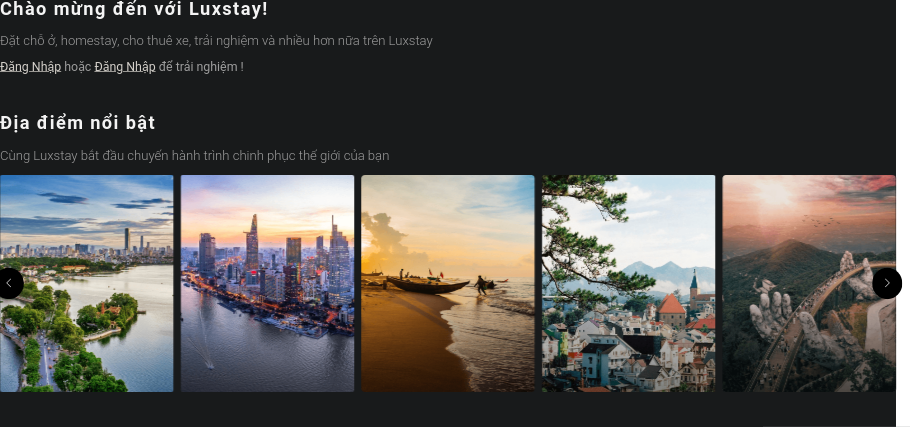
Repository: thuong22062004/Luxstay
Page: index.html
The author's editor kept a copy of each file at every save. The page is drawn from the files as they stood at one save, then again after the next save.
The browser window is 1280 px wide. The page is 1300 px wide, so the pictures cover 1300 px, including what lies to the right of the window. The pictures show the part of the page from y = 527 to 2407 px (the page is 1137 px tall before and 3307 px after), at 70% of full size.
Some web libraries are served in a nearby version.

Above is the page before, as saved 2021-11-20 23:12:30.

### index.html
<!DOCTYPE html>
<html lang="en">
<head>
    <meta charset="UTF-8">
    <meta http-equiv="X-UA-Compatible" content="IE=edge">
    <meta name="viewport" content="width=device-width, initial-scale=1.0">
    <link rel="stylesheet" href="./asset/grid.css">
    <link rel="stylesheet" href="./travel/dif.css">
    <link rel="stylesheet" href="./travel/thesame.css">
    <link
    rel="stylesheet"
    type="text/css"
    href="https://cdn.jsdelivr.net/npm/slick-carousel@1.8.1/slick/slick.css"
  />
    <link rel="stylesheet" href="./travel/icon/themify-icons-font/themify-icons/themify-icons.css">
    <title>Document</title>
</head>
<body>
    <div class="traveling">
        <header class="header">
            <div class="grid-comon">
                <div class="header__contain">
                    <div class="header__logo-search">
                        <svg version="1.1" fil ="white" viewBox="0 0 50 50" class="header__logo" style="width: 50px; height: 50px; "><path pid="0" fill="#fff" d="M25.093 0c13.781.06 24.94 11.317 24.882 25.106C49.917 38.894 38.663 50.058 24.88 50 11.1 49.942-.059 38.683.001 24.894.057 11.106 11.31-.058 25.092 0zm11.801 31.9L14.398 16.053c.241-.26.48-.518.74-.777 2.7-2.687 5.971-4.031 9.775-4.015 3.804.015 7.064 1.388 9.741 4.098.238.241.476.482.694.743l-5.951 4.133 2.381 1.688 5.153-3.576v.02L39.33 16.7c-.692-1.203-1.584-2.325-2.616-3.39-3.231-3.292-7.167-4.947-11.788-4.967-4.6-.019-8.53 1.603-11.809 4.867a17.806 17.806 0 00-2.682 3.408l1.429 1.004 23.429 16.51c-.24.26-.48.518-.74.777-2.7 2.687-5.971 4.011-9.775 3.996-3.803-.016-7.063-1.37-9.74-4.08-.258-.26-.496-.521-.734-.782l6.111-4.251-.139-.181-2.183-1.528-5.373 3.735v-.021l-2.377 1.65a17.824 17.824 0 002.654 3.43c3.253 3.291 7.169 4.946 11.769 4.965 4.62.021 8.549-1.602 11.83-4.866 1.06-1.075 1.96-2.21 2.682-3.406l-2.383-1.67z">
                      </path>
                    </svg>
                    <div class="header_search">
                        <div class="header__search-cotainer-input">
                        <input type="search" name="HI"  class="header__input-seacrch" placeholder="Tìm kiếm">
                            <div class="history__search">
                                <h3 class="hitory__search--heading">History</h3>
                                <ul class="history__search-list">
                                    <li class="history__search-item">
                                        <a href="" class="history__search-link">Dubai</a>
                                    </li>
                                    <li class="history__search-item">
                                        <a href="" class="history__search-link">Dubai</a>
                                    </li>
                                    <li class="history__search-item">
                                        <a href="" class="history__search-link">Dubai</a>
                                    </li>
                                    <li class="history__search-item">
                                        <a href="" class="history__search-link">Dubai</a>
                                    </li>
                                </ul>
                            </div>
                        </div>
                        <div class="header__day-guest">
                            <div class="hedaer__lich">
                                <span class="header_theday"><i class="header_theday-icon ti-calendar"></i>
                                    Ngày
                                </span>
                            </div>
                            <div class="header__guest-number">
                                <span class="header_theday"><i class=" header_theday-icon ti-user"></i>
                                    Số khách
                                </span>
                            </div>
                            <div class="header_search-icons">
                                <button class="btn btn-comon ">
                                <i class=" header_search-icon-search ti-search"></i>
                                </button>
                            </div>
                        </div>
                    </div>
                    </div>
                    <div class="header__nav">
                           <ul class="header__menu">
                               <li class="header__menu-item">
                                   <a href="" class="header__menu-link">Guide</a>
                                </li>
                                <li class="header__menu-item">
                                    <a href="" class="header__menu-link">Host</a>
                                 </li>
                                 <li class="header__menu-item">
                                    <a href="./travel/singup.html" class="header__menu-link">Đăng kí </a>
                                 </li>
                                 <li class="header__menu-item">
                                    <a href="./travel/login.html" class="header__menu-link">Đăng nhập</a>
                                 </li>
                                 <li class="header__menu-item  ">
                                     <input type="checkbox"  hidden name="" class="language__appear" id="languge__click-check">
                                     <label for = "languge__click-check" class="header__menu-item-img">
                                        <img class="header__menu-icon-img" src="https://www.luxstay.com/icons/vi.svg"/>
                                    <p href="" class="header__menu-link">VND <i class="ti-arrow-circle-down"></i></p>
                                    </label>
                                     <div class="header__language-container">
                                         <div class="header__language">
                                             <ul class="header__language-list">
                                                 <li class="header__languge-items">
                                                     <div class="language__item-use language__item-use-active">
                                                          <img class="header__language-img" src="https://www.luxstay.com/icons/vi.svg"/>
                                                            <a class="language__item-title">Tiếng Việt <i class="ti-check language__item-active"></i></a>
                                                     </div>
                                                 </li>
                                                 <li class="header__languge-items">
                                                    <div class="language__item-use ">
                                                         <img class="header__language-img" src="https://www.luxstay.com/icons/en.svg"/>
                                                           <a class="language__item-title">English<i class="ti-check language__item-active"></i></a>
                                                    </div>
                                                </li>
                                                <li class="header__laneguge-items">
                                                    <div class="language__item-use ">
                                                         <img class="header__language-img" src="https://www.luxstay.com/icons/ko.svg"/>
                                                           <a class="language__item-title">Korean<i class="ti-check language__item-active"></i></a>
                                                    </div>
                                                </li>
                                             </ul>
                                             <ul class="header__language-list">
                                                <li class="header__languge-items">
                                                    <div class="crash__item-use language__item-use-active ">
                                                           <span class="languge__item-symboi">VND</span>
                                                           <a class="language__item-title">Việt Nam Đồng<i class="ti-check language__item-active"></i></a>
                                                    </div>
                                                </li>
                                                <li class="header__languge-items">
                                                   <div class="crash__item-use ">
                                                    <span class="languge__item-symboi">USD</span>
                                                          <a class="language__item-title">United States Dollar<i class="ti-check language__item-active"></i></a>
                                                   </div>
                                               </li>
                                            </ul>
                                         </div>
                                     </div>
                                 </li>
                           </ul>
                    </div>
                </div>
            </div>
        </header>
        <div class="container">
            <div class="grid-comon">
            <div class="contain-slider">
                <div class="slider">
                    <i class="ti-angle-left slider__back "></i>
                    <i class="ti-angle-right slider__next "></i>
                    <ul class="list__dots">
                        <li class="item-dot active" data-index ="0"></li>
                        <li class="item-dot" data-index ="1"></li>
                        <li class="item-dot" data-index ="2"></li>
                        <li class="item-dot" data-index ="3"></li>
                        <li class="item-dot" data-index ="4"></li>
                    </ul>
                    <div class="contain-img">
                         <div class="list-img">
                         <div class="img-item">
                             <img src="./img/anh1.png" class= "img-child"  alt="" sizes="" srcset="">
                         </div>
                         <div class="img-item">
                             <img src='./img/anh2.png' class= "img-child" alt="" sizes="" srcset="">
                         </div>
                         <div class="img-item">
                             <img src="./img/anh1.png"class= "img-child" alt="" sizes="" srcset="">
                         </div>
                         <div class="img-item">
                             <img src="./img/anh2.png"class= "img-child"  alt="" sizes="" srcset="">
                         </div>
                         <div class="img-item">
                             <img src="./img/anh1.png"  class= "img-child" alt="" sizes="" srcset="">
                         </div>
                         </div>
                    </div>
                </div>
            </div>
            <div class="contain__fullofText grid">
                <h3 class="text-mutual">Chào mừng đến với Luxstay!</h3>
                <p class="text__chil-common">Đặt chỗ ở, homestay, cho thuê xe, trải nghiệm và nhiều hơn nữa trên Luxstay</p>
                <span class="text-log"><a href="" class="text__link-log">Đăng Nhập</a>
                    hoặc
                    <a href="" class="text__link-log">Đăng Nhập</a>
                    để trải nghiệm !
                </span>
            </div>
            <div class="contain__fullofText grid">
                <h3 class="text-mutual">Địa điểm nổi bật</h3>
                <p class="text__chil-common">Cùng Luxstay bắt đầu chuyến hành trình chinh phục thế giới của bạn</p>
            </div>
            <div class="slide-location grid ">
                <div class="row slider__slick-site">
                    <div class="col l-2 m-6 c-12">
                        <div class="img__local-list">
                                <img src="./img/ảnh HA NOI.png" alt="" class="img__local-item">
                                <div class="text__site-number">
                              <div class="contain__location-control">
                                <h5 class="text-site">Hà Nội</h5>
                               <p class="text-numofguest">2657 Chỗ ở</p>
                              </div>
                        </div>
                    </div>
                </div>
                <div class="col l-2 m-6 c-12">
                    <div class="img__local-list">
                            <img src="./img/tphcm.png" alt="" class="img__local-item">
                            <div class="text__site-number">
                          <div class="contain__location-control">
                            <h5 class="text-site">TP.Hồ Chí Minh</h5>
                           <p class="text-numofguest">2242 Chỗ ở</p>
                          </div>
                    </div>
                </div>
            </div>
            <div class="col l-2 m-6 c-12">
                <div class="img__local-list">
                        <img src="./img/vungtau.png" alt="" class="img__local-item">
                        <div class="text__site-number">
                      <div class="contain__location-control">
                        <h5 class="text-site">Vũng Tàu</h5>
                       <p class="text-numofguest">549 Chỗ ở</p>
                      </div>
                </div>
            </div>
        </div>
        <div class="col l-2 m-6 c-12">
            <div class="img__local-list">
                    <img src="./img/dalat.png" alt="" class="img__local-item">
                    <div class="text__site-number">
                  <div class="contain__location-control">
                    <h5 class="text-site">Đà Lạt </h5>
                   <p class="text-numofguest">1488 Chỗ ở</p>
                  </div>
            </div>
        </div>
    </div>
    <div class="col l-2 m-6 c-12">
        <div class="img__local-list">
                <img src="./img/danang.png" alt="" class="img__local-item">
                <div class="text__site-number">
              <div class="contain__location-control">
                <h5 class="text-site">Đà nẵng</h5>
               <p class="text-numofguest">897 Chỗ ở</p>
              </div>
        </div>
    </div>
</div>
<div class="col l-2 m-6 c-12">
    <div class="img__local-list">
            <img src="./img/nhatrang.png" alt="" class="img__local-item">
            <div class="text__site-number">
          <div class="contain__location-control">
            <h5 class="text-site">Nha trang</h5>
           <p class="text-numofguest">635 Chỗ ở</p>
          </div>
    </div>
</div>
</div>
<div class="col l-2 m-6 c-12">
    <div class="img__local-list">
            <img src="./img/quangninh.png" alt="" class="img__local-item">
            <div class="text__site-number">
          <div class="contain__location-control">
            <h5 class="text-site">Quảng Ninh</h5>
           <p class="text-numofguest">218 Chỗ ở</p>
          </div>
    </div>
</div>
</div>
<div class="col l-2 m-6 c-12">
    <div class="img__local-list">
            <img src="./img/hoian.png" alt="" class="img__local-item">
            <div class="text__site-number">
          <div class="contain__location-control">
            <h5 class="text-site">Hội an</h5>
           <p class="text-numofguest">323 Chỗ ở</p>
          </div>
    </div>
</div>
</div>
            </div>
        </div>
        </div>
        <div class="footer"></div>
    </div>
    <script
      type="text/javascript"
      src="https://code.jquery.com/jquery-1.11.0.min.js"
    ></script>
    <script
      type="text/javascript"
      src="https://code.jquery.com/jquery-migrate-1.2.1.min.js"
    ></script>
    <script
      type="text/javascript"
      src="https://cdn.jsdelivr.net/npm/slick-carousel@1.8.1/slick/slick.min.js"
    ></script>
    <script src="index.js"></script>
    <script src="./slickslider/slickone.js"></script>
</body>
</html>

### travel/thesame.css
:root{
    --background-comon:#131516;
    --text-color : #d3cfc9;
    --text-hover :rgba(23, 241, 241, 0.7) ;
    --text-child :#131516;
    --text-title :#f3f3f3;
    --text-white :white;
    --outstanding-color:#181a1b;
    --text-pink:#ee0979;
    --text-small:#9d9d9d;
}
*{
    box-sizing: inherit;
    margin: 0;
    padding: 0;
}
html{
    font-size: 65%;
    line-height: 1.6rem;
    box-sizing: border-box;
    font-family: 'Roboto', sans-serif;
}
/*resposive*/
.grid {
    width: 1300px;
    max-width: 100%;
    margin: 0 auto;
}
.grid-comon{
    width:1500px;
    max-width: 100%;
    margin:0 auto;
}
.grid__row {
    display: flex;
    flex-wrap: wrap;
    margin-left: -9px; /*quy tắc 12column grid*/
    margin-right: -9px; /*quy tắc 12column grid*/
}
.grid__column-5{
    padding-left: 9px;
    padding-right: 9px;
    width: 20%;
}
/*nút*/
.btn{
    min-height: 30px;
    line-height: 30px;
    min-width: 56px;
    border: none;
    outline: none;
    border-radius: 5px;
    display: flex;
    align-items: center;
    justify-content: center;
    cursor: pointer;
    text-align: center;
}
.btn.btn-comon{
    background: #555555;
    min-height: 41px;
}
.btncircle{
    border-radius: 40px;
    border: 1px  solid #373c3e;
}
/*amination*/
@keyframes FadeIn {
    from{
        opacity: 0;
    }
    to{
        opacity: 1;
    }
}
 /*                       footer                                  */
.footer__contian{
    background:#181a1b;
    border-top: 0.25px solid wheat;
}
.footer__body-content{
    width: 100%;
    text-align: center;
    margin-top: 30px;
    padding-bottom: 30px;
}
.footer_content-text{
       font-size: 1.4rem;
    color: var(--text-color);
    line-height:2.5rem;
    letter-spacing: 1px;
    opacity: 0.6;
}
/* / text common */
.text-mutual{
    font-size:2.5rem;
    letter-spacing: 2px;
    color:var(--text-title);
    font-weight: 600;
    margin-bottom: 30px;
}
.text__chil-common{
    font-size:1.8rem;
    color:var(--text-small);
    margin-bottom: 20px;
    font-weight: 300;
}
.text__link-log{
    color:var(--text-color)
}
.contain__fullofText{
    margin-top: 60px;
}
.l-2{
    flex: 0 0 16.66667%;
    max-width: 20%;;
}
@media screen and (min-width:1113px) {
    .row{
       margin-left: -4px;
       margin-right: -4px;
    }
    .col{
        padding-left: 4px;
        padding-right: 4px;
    }
}

### slickslider/slickone.js

$(document).ready(function(){
    $('.slide-location .row.slider__slick-site').slick({
        slidesToShow: 5,
        slidesToScroll: 1,
        infinite: true,
        draggable:true,
        prevArrow:"<button type='button' class='slick-prev pull-left slick-arrow'><i class='ti-angle-left'></i></button>",
        nextArrow:"<button type='button' class='slick-next pull-right slick-arrow'><i class='ti-angle-right'></i></button>"
    })

  })

Loaded but not shown: travel/icon/themify-icons-font/themify-icons/themify-icons.css (common file); index.js (63 lines, source omitted); travel/dif.css (392 lines, source omitted); asset/grid.css (463 lines, source omitted)

After the next save:
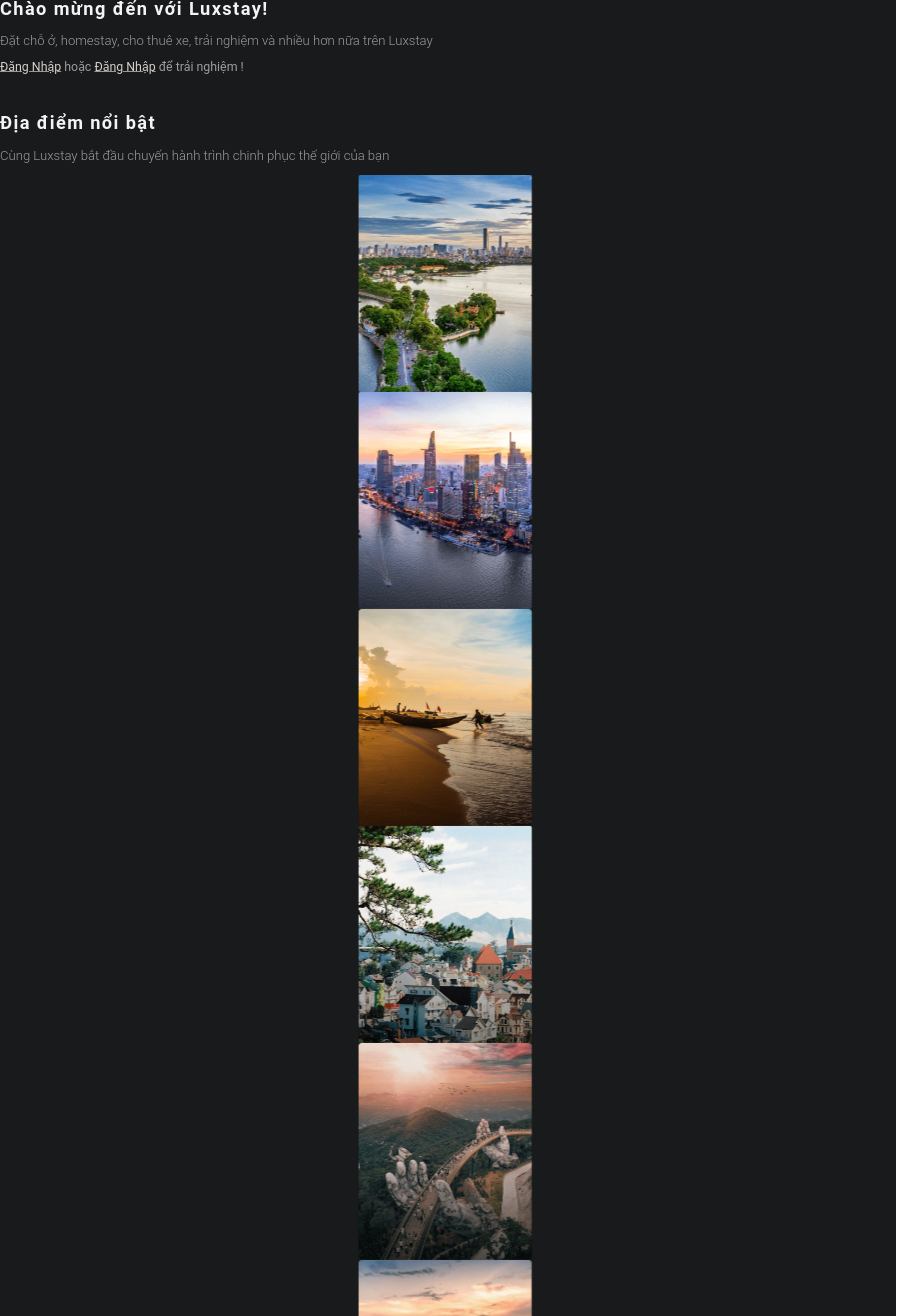
Saved 19 s later.
--- a/slickslider/slickone.js
+++ b/slickslider/slickone.js
@@ -1,6 +1,6 @@
 
 $(document).ready(function(){
-    $('.slide-location .row.slider__slick-site').slick({
+    $('.slide-location').slick({
         slidesToShow: 5,
         slidesToScroll: 1,
         infinite: true,

After the save that followed:
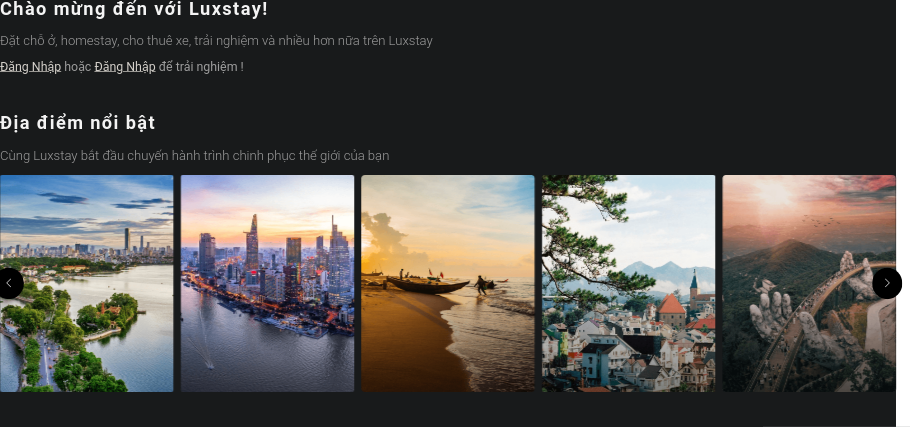
Saved 11 s later.
--- a/slickslider/slickone.js
+++ b/slickslider/slickone.js
@@ -1,6 +1,6 @@
 
 $(document).ready(function(){
-    $('.slide-location').slick({
+    $('.slide-location .row.slider__slick-site').slick({
         slidesToShow: 5,
         slidesToScroll: 1,
         infinite: true,
